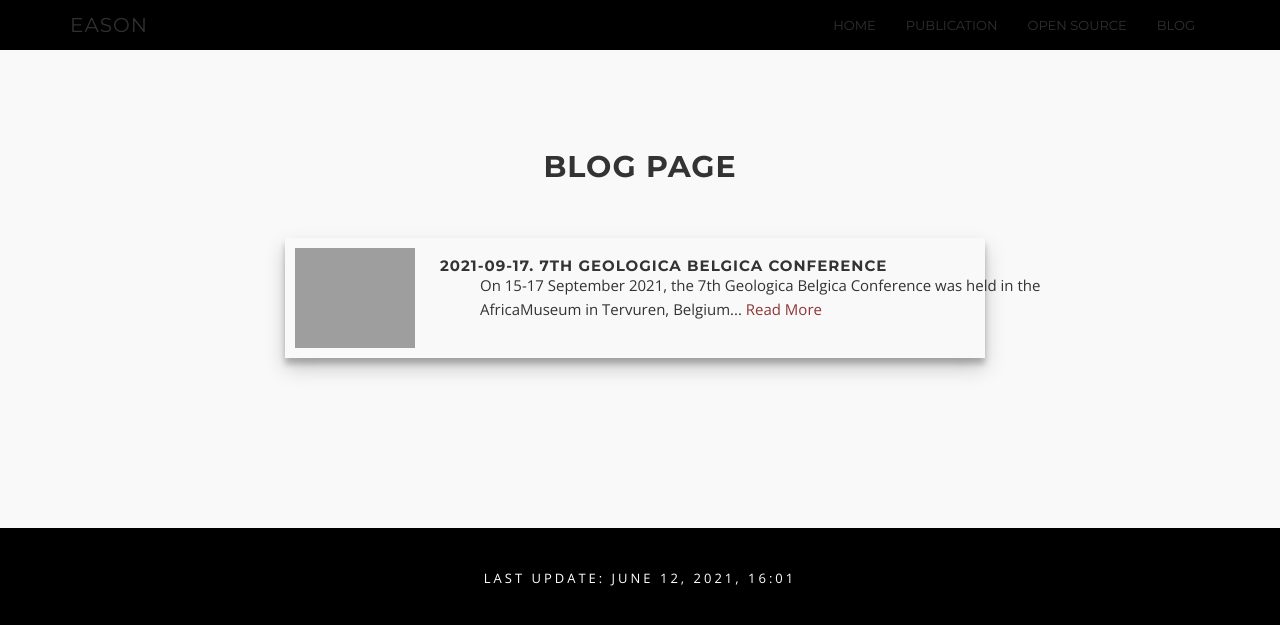
Repository: eazzzon/eazzzon.github.io
Page: blog.html
These files come from the project's save history. The page is drawn as it stood at one moment and after a run of saves; the edit follows.
The browser window is 1280 px wide. The pictures show the whole page.
Pictures or frames that could not be fetched are drawn as grey boxes.

Above is the page before, as saved 2021-09-18 13:29:12.

### blog.html
<!DOCTYPE html>
<html lang="en">
<head>
<meta charset="utf-8">
<meta http-equiv="X-UA-Compatible" content="IE=edge">
<meta name="viewport" content="width=device-width, initial-scale=1">
<meta name="description" content="">
<meta name="author" content="">
<title>yishen.zhang</title>
<!-- Bootstrap Core CSS -->
<link href="css/bootstrap.min.css" rel="stylesheet">
<!-- Custom CSS -->
<link href="css/theme.css" rel="stylesheet">
<!-- Custom Fonts -->
<link href="font-awesome/css/font-awesome.min.css" rel="stylesheet" type="text/css">
<link href="http://fonts.googleapis.com/css?family=Open+Sans:300,400,700,400italic,700italic" rel="stylesheet" type="text/css">
<link href="http://fonts.googleapis.com/css?family=Montserrat:400,700" rel="stylesheet" type="text/css">
<!-- HTML5 Shim and Respond.js IE8 support of HTML5 elements and media queries -->
<!-- WARNING: Respond.js doesn't work if you view the page via file:// -->
<!--[if lt IE 9]>
        <script src="https://oss.maxcdn.com/libs/html5shiv/3.7.0/html5shiv.js"></script>
        <script src="https://oss.maxcdn.com/libs/respond.js/1.4.2/respond.min.js"></script>
    <![endif]-->
</head>
<body id="page-top" data-spy="scroll" data-target=".navbar-fixed-top">
<!-- Navigation -->
<nav class="navbar navbar-custom navbar-fixed-top" role="navigation">
<div class="container">
	<div class="navbar-header">
		<button type="button" class="navbar-toggle" data-toggle="collapse" data-target=".navbar-main-collapse">
		<i class="fa fa-bars"></i>
		</button>
		<a class="navbar-brand page-scroll" href="index.html" style="color: #303030;">
		EASON </a>
	</div>
	<!-- Collect the nav links, forms, and other content for toggling -->
	<div class="collapse navbar-collapse navbar-right navbar-main-collapse">
		<ul class="nav navbar-nav" style="color: #303030;">
			<li>
			<a href="index.html">Home</a>
			</li>
			<li>
			<a href="publication.html">publication</a>
			</li>
			<li>
			<a href="opensource.html">open source</a>
			</li>
			<li>
			<a href="blog.html">blog</a>
			</li>
		</ul>
	</div>
	<!-- /.navbar-collapse -->
</div>
<!-- /.container -->
</nav>

<!-- Page Sample Section -->
<section id="page-sample">


<div class="container content-section text-left">
	<div class='container'>
		<div class="row">
			<h2 class="text-center">BLOG PAGE</h2>
			<div class="col-lg-8 col-lg-offset-2">
				<div class="post-box">
					<img class="box-img" src="https://geologicabelgica2021.africamuseum.be/sites/default/files/media/images/Logo%20Geologica%20Belgica.png" alt="lower crust foundering" />
					<div class="box-text">
						<a  href="post20210917.html">
							<h4 class="box-text">2021-09-17. 7th Geologica Belgica Conference </h4>
						</a>
						<p class="p2">On 15-17 September 2021, the 7th Geologica Belgica Conference was held in the AfricaMuseum in Tervuren, Belgium... <a href="post20210917.html" style="color:rgb(141, 53, 53);">Read More</a></p>
					</div>
				</div>
				</div>

			</div>
		</div>
	</div>
</div>
</section>




<!-- Footer -->
<footer>
<div class="container text-center">
	<p class="credits">
		last update: June 12, 2021, 16:01
	</p>
</div>
</footer>
<!-- jQuery -->
<script src="js/jquery.js"></script>
<!-- Bootstrap Core JavaScript -->
<script src="js/bootstrap.min.js"></script>
<!-- Plugin JavaScript -->
<script src="js/jquery.easing.min.js"></script>
<!-- Custom Theme JavaScript -->
<script src="js/theme.js"></script>
</body>
</html>

### css/theme.css
/* Aries v1.0 - by WowThemes.net */
body {
	width:100%;
	height:100%;
	font-family:Open Sans,"Helvetica Neue",Helvetica,Arial,sans-serif;
	color:#fff;
	background-color:#000;
	 font-weight:300;
}
html {
	width:100%;
	height:100%;
}
h1,h2,h3,h4,h5,h6 {
	margin:0 0 35px;
	text-transform:uppercase;
	font-family:Montserrat,"Helvetica Neue",Helvetica,Arial,sans-serif;
	font-weight:700;
	letter-spacing:1px;
}
p {
	margin:0 0 25px;
	font-size:18px;
	line-height:1.5;
}
@media(min-width:768px) {
	p {
		margin:0 0 35px;
		font-size:20px;
		line-height:1.6;
	}
}
a {
	color:inherit;
	-webkit-transition:all .2s ease-in-out;
	-moz-transition:all .2s ease-in-out;
	transition:all .2s ease-in-out;
}
a:hover,a:focus {
	text-decoration:none;
	color:inherit;
}
.light {
	font-weight:400;
}
.navbar-custom {
	margin-bottom:0;
	border-bottom:1px solid rgba(255,255,255,.3);
	text-transform:uppercase;
	font-family:Montserrat,"Helvetica Neue",Helvetica,Arial,sans-serif;
	background-color:#000;
}
.navbar-custom .navbar-brand {
	font-size:20px;
	text-transform:none;
	letter-spacing:1px;
}
.navbar-custom .navbar-brand:focus {
	outline:0;
}
.navbar-custom .navbar-brand .navbar-toggle {
	padding:4px 6px;
	font-size:16px;
	color:#fff;
}
.navbar-custom .navbar-brand .navbar-toggle:focus,.navbar-custom .navbar-brand .navbar-toggle:active {
	outline:0;
}
.navbar-custom a {
}
.navbar-custom .nav li a {
	-webkit-transition:background .3s ease-in-out;
	-moz-transition:background .3s ease-in-out;
	transition:background .3s ease-in-out;
}
.navbar-custom .nav li a:hover {
	outline:0;
	color:#1ba39c;
	background-color:transparent;
}
.navbar-custom .nav li a:focus,.navbar-custom .nav li a:active {
	outline:0;
	background-color:transparent;
}
.navbar-custom .nav li.active {
	outline:0;
}
.navbar-custom .nav li.active a {
	color:#1ba39c;
}
.navbar-custom .nav li.active a:hover {
	color:#1ba39c;
}
@media(min-width:768px) {
	.navbar-custom {
		padding:20px 0;
		border-bottom:0;
		font-size:13px;
		background:0 0;
		-webkit-transition:background .5s ease-in-out,padding .5s ease-in-out;
		-moz-transition:background .5s ease-in-out,padding .5s ease-in-out;
		transition:background .5s ease-in-out,padding .5s ease-in-out;
	}
		 .navbar-custom.top-nav-collapse {
		 padding:0;
		border-bottom:1px solid rgba(255,255,255,.3);
		color:#333;
			background:#fff;
	}
	.navbar-custom.top-nav-collapse a {
		color:#333;
		display:inline-block;
	}
}
.intro {
	display:table;
	width:100%;
	height:auto;
	padding:100px 0 100px 0;
	text-align:center;
	color:#fff;
	background-image:radial-gradient(circle at 50% 50%,rgba(95, 94, 94, 0.46),rgba(56, 56, 56, 0.88)), url('labelled.png');
	-webkit-background-size:cover;
	-moz-background-size:cover;
	background-size:cover;
	-o-background-size:cover;
}
.intro .intro-body {
	display:table-cell;
	vertical-align:middle;
}
.intro .intro-body .brand-heading {
	font-size:40px;
}
.intro .intro-body .intro-text {
	font-size:18px;
}
@media(min-width:768px) {
	.intro {
		height:100%;
		padding:0;
	}
	.intro .intro-body .brand-heading {
		font-size:60px;
		margin-top:90px;
		margin-bottom:20px;
		border-top:2px solid #fff;
		border-bottom:2px solid #fff;
		display:inline-block;
		padding:10px 0;
	}
	.intro .intro-body .intro-text {
		font-size:20px;
			font-weight:300;
			letter-spacing:3px;
	}
}
.btn-circle {
	width:50px;
	height:50px;
	margin-top:15px;
	line-height:40px;
	text-align:center;
	border:2px solid #fff;
	border-radius:100%!important;
	font-size:20px;
	color:#fff;
	background:0 0;
	-webkit-transition:background .3s ease-in-out;
	-moz-transition:background .3s ease-in-out;
	transition:background .3s ease-in-out;
}
.btn-circle:hover,.btn-circle:focus {
	outline:0;
	color:#fff;
	background:rgba(255,255,255,.1);
}
.btn-circle i.animated {
	-webkit-transition-property:-webkit-transform;
	-webkit-transition-duration:1s;
	-moz-transition-property:-moz-transform;
	-moz-transition-duration:1s;
}
.btn-circle:hover i.animated {
	-webkit-animation-name:pulse;
	-moz-animation-name:pulse;
	-webkit-animation-duration:1.5s;
	-moz-animation-duration:1.5s;
	-webkit-animation-iteration-count:infinite;
	-moz-animation-iteration-count:infinite;
	-webkit-animation-timing-function:linear;
	-moz-animation-timing-function:linear;
}
@-webkit-keyframes pulse {
	0% {
		-webkit-transform:scale(1);
		transform:scale(1);
	}
	50% {
		-webkit-transform:scale(1.2);
		transform:scale(1.2);
	}
	100% {
		-webkit-transform:scale(1);
		transform:scale(1);
	}
}
@-moz-keyframes pulse {
	0% {
		-moz-transform:scale(1);
		transform:scale(1);
	}
	50% {
		-moz-transform:scale(1.2);
		transform:scale(1.2);
	}
	100% {
		-moz-transform:scale(1);
		transform:scale(1);
	}
}
.content-section {
	padding:40px 0;
	clear:both;
}
@media(min-width:767px) {
	.content-section {
		padding:150px 0;
			 clear:both;
	}
}
.btn {
	border-radius:0;
	text-transform:uppercase;
	font-family:Montserrat,"Helvetica Neue",Helvetica,Arial,sans-serif;
	font-weight:400;
	-webkit-transition:all .3s ease-in-out;
	-moz-transition:all .3s ease-in-out;
	transition:all .3s ease-in-out;
}
.btn-default {
	border:1px solid #42dca3;
	color:#42dca3;
	background-color:transparent;
}
.btn-default:hover,.btn-default:focus {
	border:1px solid #42dca3;
	outline:0;
	color:#000;
	background-color:#42dca3;
}
ul.banner-social-buttons {
	margin-top:0;
}
@media(max-width:1199px) {
	ul.banner-social-buttons {
		margin-top:15px;
	}
}
@media(max-width:767px) {
	ul.banner-social-buttons li {
		display:block;
		margin-bottom:20px;
		padding:0;
	}
	ul.banner-social-buttons li:last-child {
		margin-bottom:0;
	}
}
footer {
	padding:40px 0;
	z-index:1;
	position:relative;
	clear:both;
}
footer p {
	margin:0;
	font-size:15px;
}
footer p.credits {
	text-transform:uppercase;
	font-size:13px;
	letter-spacing:3px;
}
::-moz-selection {
	text-shadow:none;
	background:#fcfcfc;
	background:rgba(255,255,255,.2);
}
::selection {
	text-shadow:none;
	background:#fcfcfc;
	background:rgba(255,255,255,.2);
}
img::selection {
	background:0 0;
}
img::-moz-selection {
	background:0 0;
}
body {
	webkit-tap-highlight-color:rgba(255,255,255,.2);
}
.bgblue {
	background:#22292c;
}
.inlineblock {
	display:inline-block;
}
p:last-child {
	margin-bottom:0;
}
p.lead {
	line-height:1.9;
}
.btnghost {
	border:2px solid #333;
	background-color:transparent;
	padding:15px 20px;
	letter-spacing:3px;
	font-size:12px;
	text-transform:uppercase;
	font-weight:400;
	color:#333;
	margin-top:20px;
	display:inline-block;
}
.btnghost:hover {
	background-color:#333;
	color:#fff;
	border:2px solid #333;
}
.bgcover {
	background-size:cover;
	background-repeat:no-repeat;
	position:relative;
}
img {
	max-width:100%;
}
.gallery ul {
	padding:0;
	margin:0;
}
.gallery img {
	max-width:100%;
	height:auto;
	padding:0;
	margin:0;
}
.gallery ul li {
	margin:0;
	position:relative;
	list-style:none;
	float:left;
	padding:0;
}
.gallery ul li a {
	display:block;
	position:relative;
	width:100%;
	height:100%;
	margin:0;
	padding:0;
	line-height:0;
}
.gallery ul li a:before {
	position:absolute;
	width:32px;
	height:32px;
	top:40%;
	left:50%;
	margin:-14px 0 0 -16px;
	/* background: url(data:[embedded picture, 2228 characters]) no-repeat; */
	content:"";
	opacity:0;
	z-index:1;
	-webkit-transition:all 0.3s linear;
	-moz-transition:all 0.3s linear;
	transition:all 0.3s linear;
}
.gallery ul li a:hover:before {
	top:50%;
	opacity:1;
}
.gallery ul li a:after {
	position:absolute;
	width:100%;
	top:0;
	bottom:0;
	background:rgba(0,0,0,0.3);
	content:"";
	opacity:0;
	-webkit-transition:all 0.3s linear;
	-moz-transition:all 0.3s linear;
	transition:all 0.3s linear;
}
.gallery ul li a:hover:after {
	opacity:1;
}
section:after {
	float:none;
	clear:both;
}
section {
	background-color:#f9f9f9;
	color:#333;
	overflow:hidden;
}
.done {
	display:none;
}
.error input,input.error,.error textarea,textarea.error {
	background-color:#ffffff;
	border-bottom:2px solid orangered !Important;
	-webkit-transition:border linear 0.2s,box-shadow linear 0.2s;
	-moz-transition:border linear 0.2s,box-shadow linear 0.2s;
	-o-transition:border linear 0.2s,box-shadow linear 0.2s;
	transition:border linear 0.2s,box-shadow linear 0.2s;
}

/* post-box style */
.post-box {
	width: 700px;
	height: 120px;
	margin: 20px;
	box-shadow: 0 10px 20px rgba(0, 0, 0, 0.19), 0 6px 6px rgba(0, 0, 0, 0.23);
  }

  .box-img {
	width: 120px;
	height: 100px;
	padding: 0px;
	margin: 10px;
  }

  .box-text {
	margin: 0px;
	position: absolute;
	font-size: 15px;
	padding: 50px;
	top: -5px;
	left: 70px;
  }

  .p {
	padding: 50px;
	margin: 10px;
	position: relative;
	bottom: 100px;
	left: 100px;
  }

  .p2 {
	padding: 0px;
	margin: 10px;
	font-size: 15px;
	position: relative;
	left: 100px;
  }

### js/theme.js
// jQuery to collapse the navbar on scroll
$(window).scroll(function() {
    if ($(".navbar").offset().top > 50) {
        $(".navbar-fixed-top").addClass("top-nav-collapse");
    } else {
        $(".navbar-fixed-top").removeClass("top-nav-collapse");
    }
});

// jQuery for page scrolling feature - requires jQuery Easing plugin
$(function() {
    $('a.page-scroll').bind('click', function(event) {
        var $anchor = $(this);
        $('html, body').stop().animate({
            scrollTop: $($anchor.attr('href')).offset().top
        }, 1500, 'easeInOutExpo');
        event.preventDefault();
    });
});

// Closes the Responsive Menu on Menu Item Click
$('.navbar-collapse ul li a').click(function() {
    $('.navbar-toggle:visible').click();
});

Loaded but not shown: css/bootstrap.min.css (library); font-awesome/css/font-awesome.min.css (library); js/jquery.js (library); js/bootstrap.min.js (library); js/jquery.easing.min.js (library)

After the next 2 saves:
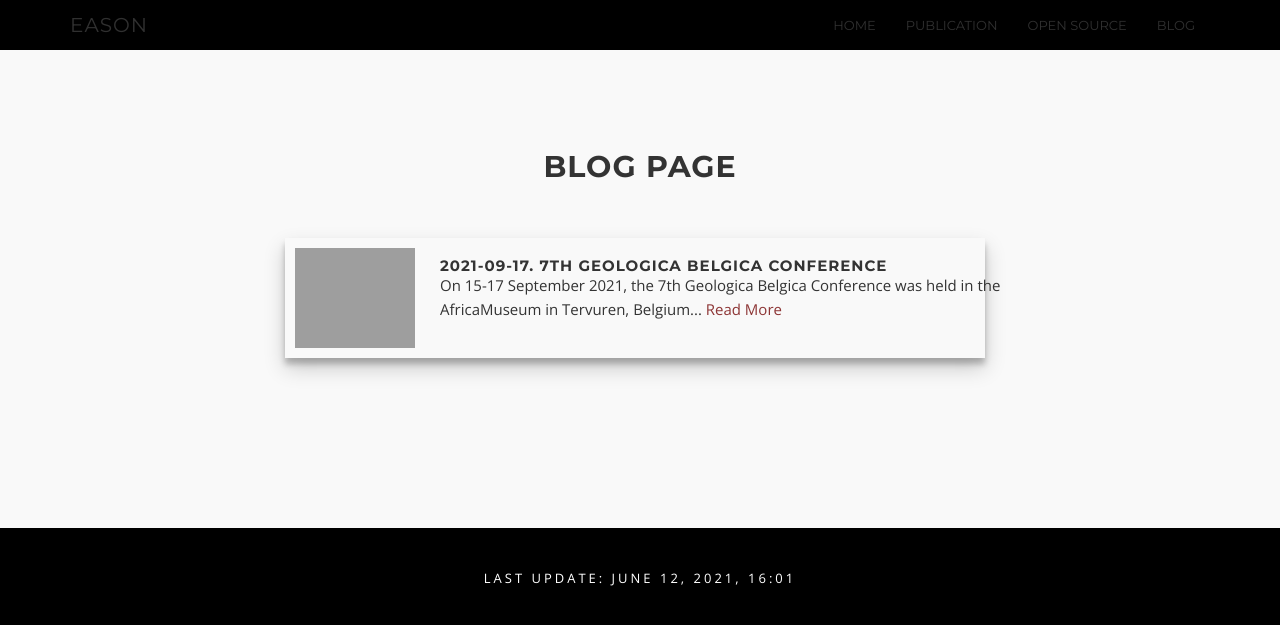
The 2 saves are shown as one change because they came seconds apart.
The last was saved 7 s later.
--- a/css/theme.css
+++ b/css/theme.css
@@ -456,5 +456,5 @@ section {
 	margin: 10px;
 	font-size: 15px;
 	position: relative;
-	left: 100px;
+	left: 60px;
   }
